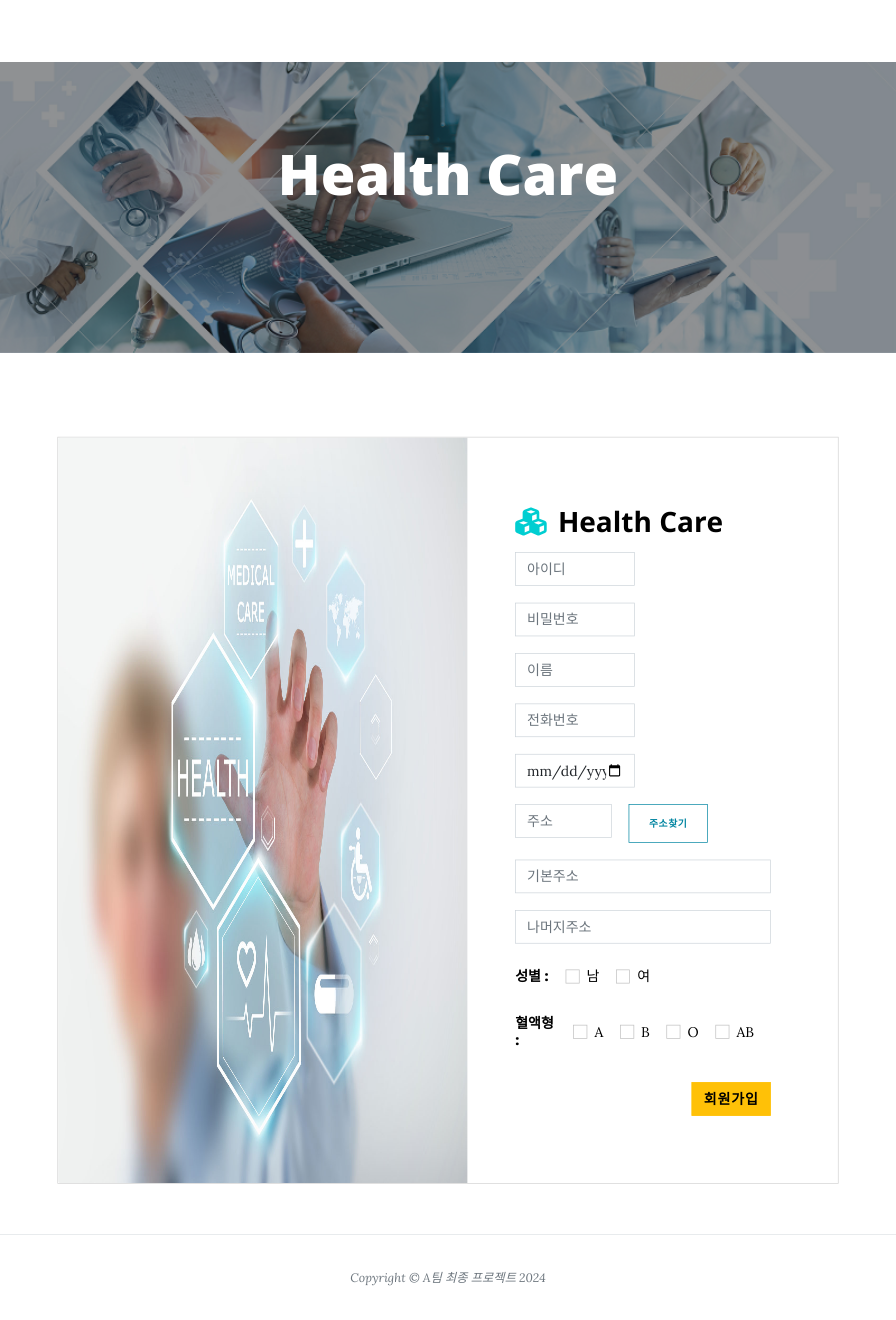
Repository: honsb91/project
Page: http://localhost/hospital/member/join.jsp
These files come from the project's save history. The page is drawn as it stood at one moment and after the next save; the edit follows.
The browser window is 1280 px wide. The pictures show the whole page, at 70% of full size.
Some web libraries are served in a nearby version. The page is served by Tomcat 9. Nobody is signed in. The application's start-up code is not run.

Above is the page before, as saved 2024-01-26 03:10:54.

After the next save:
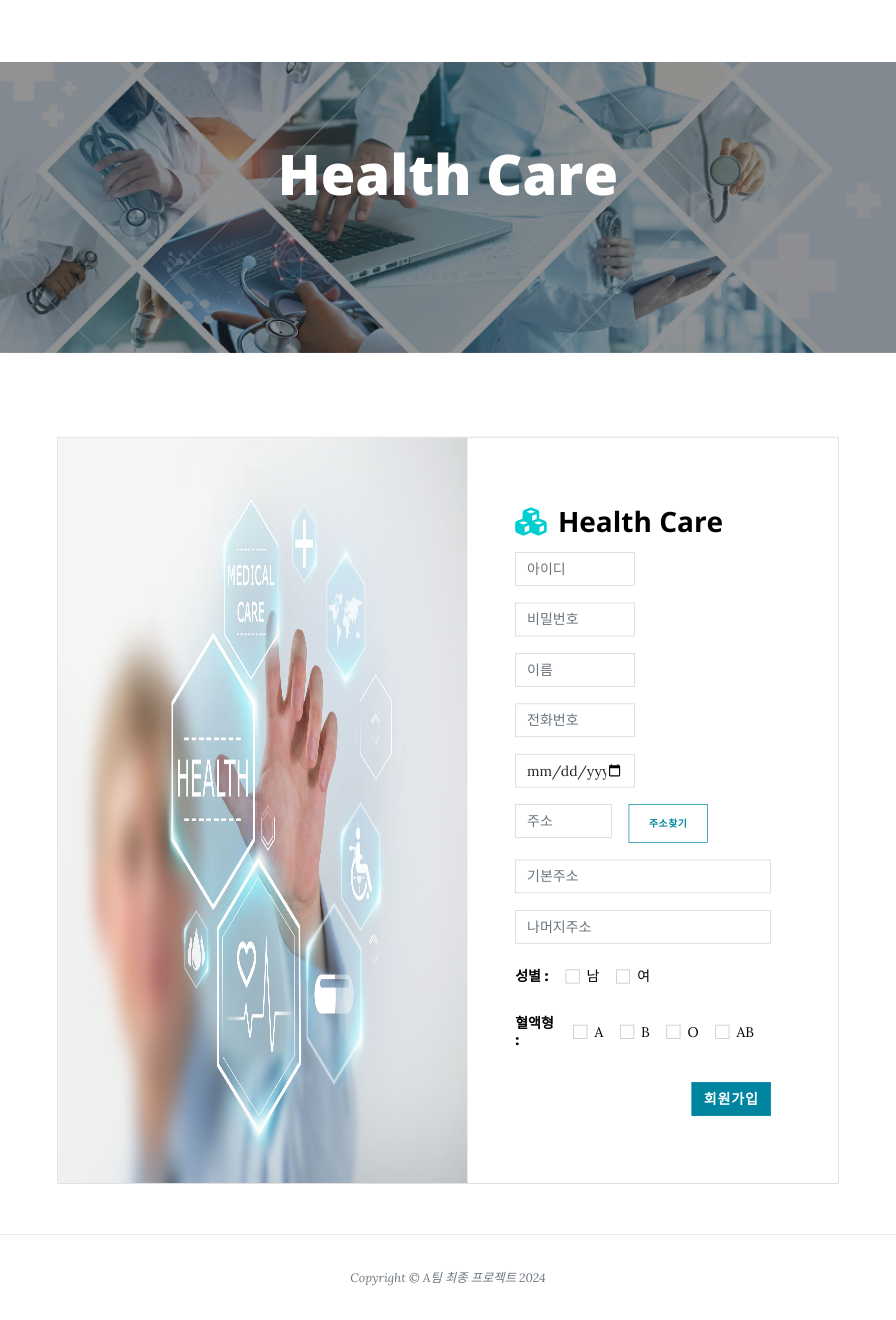
Saved 9 min 15 s later.
--- a/hospital/src/main/webapp/member/join.jsp
+++ b/hospital/src/main/webapp/member/join.jsp
@@ -116,7 +116,7 @@
 </div>
 
                 <div class="d-flex justify-content-end pt-3">
-                  <button type="button" class="btn btn-warning btn-lg ms-2">회원가입</button>
+                  <button type="button" class="btn btn-primary btn-lg ms-2">회원가입</button>
                 </div>
 
               </div>
